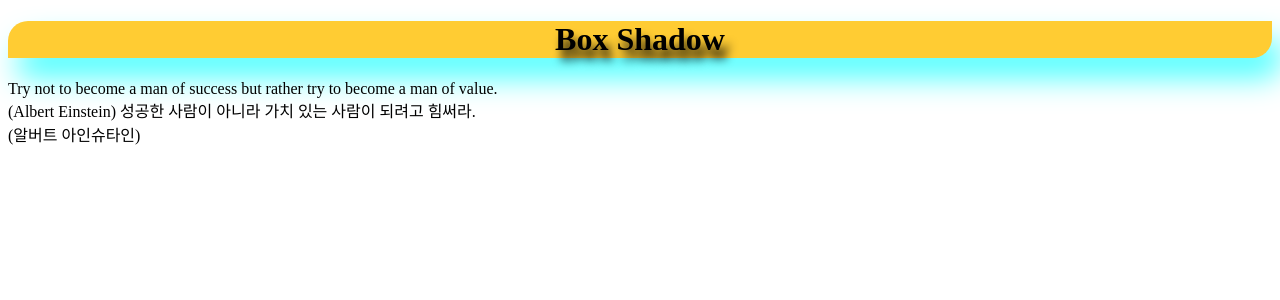
Repository: song-bean/Web_song
Page: 02_CSS/src/main/webapp/chapter03/unit05_02_shadow_before.html
These files come from the project's save history. The page is drawn as it stood at one moment and after the next save; the edit follows.
The browser window is 1280 px wide. The pictures show the whole page.

Above is the page before, as saved 2023-02-23 06:29:06.

### 02_CSS/src/main/webapp/chapter03/unit05_02_shadow_before.html
<!DOCTYPE HTML>
<html>
	<head>
		<title>그림자 효과 만들기</title>
		<meta charset="UTF-8" />
		<style type="text/css">
		 	h1{
				text-align: center;
				background-color: #ffcc33;
				border-radius: 20px 0px;
				box-shadow: 10px 20px 30px rgba(0,255,255,0.7); /* x축 y축 번짐정도 */
				text-shadow: 5px 10px 10px black;
			}
		</style>
	</head>

	<body>
		<h1>Box Shadow</h1>
		<div>
			<p>Try not to become a man of success but rather try to become a man of value. <br />
						(Albert Einstein)
						성공한 사람이 아니라 가치 있는 사람이 되려고 힘써라. <br />
						(알버트 아인슈타인)
			</p>
		</div>
	</body>
</html>

After the next save:
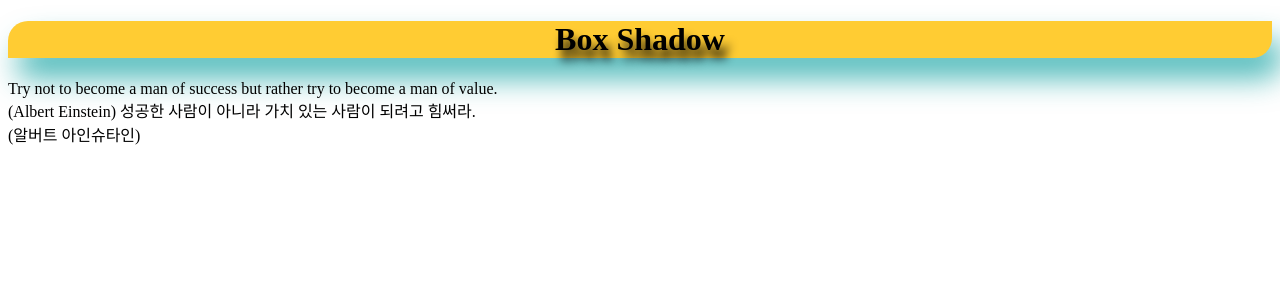
Saved 21 s later.
--- a/02_CSS/src/main/webapp/chapter03/unit05_02_shadow_before.html
+++ b/02_CSS/src/main/webapp/chapter03/unit05_02_shadow_before.html
@@ -8,7 +8,7 @@
 				text-align: center;
 				background-color: #ffcc33;
 				border-radius: 20px 0px;
-				box-shadow: 10px 20px 30px rgba(0,255,255,0.7); /* x축 y축 번짐정도 */
+				box-shadow: 10px 20px 30px rgba(0,155,155,0.7); /* x축 y축 번짐정도 */
 				text-shadow: 5px 10px 10px black;
 			}
 		</style>
